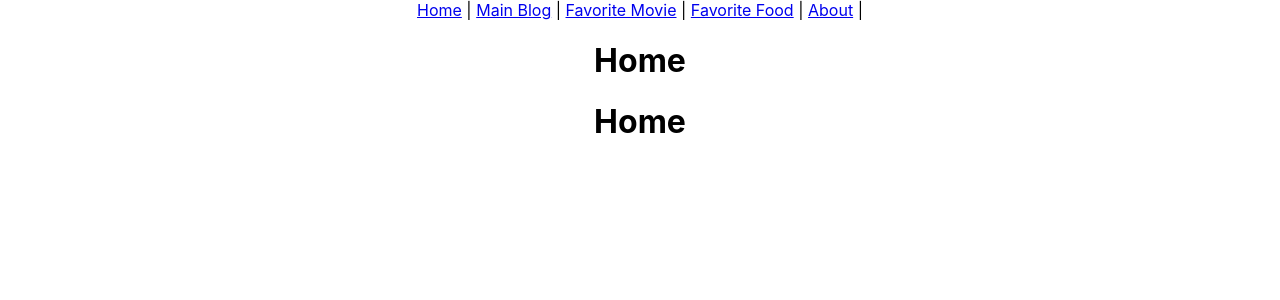
Repository: cerebrium/blogreact
Page: /
The author's editor kept a copy of each file at every save. The page is drawn from the files as they stood at one save, then again after the next save.
The browser window is 1280 px wide. The pictures show the whole page.
The project was rebuilt for these pictures with package versions that can differ from the ones it lists, and the page was loaded fresh each time. Also part of the build but not shown: src/Mainblog.jsx, src/FavoriteMovie.jsx, src/FavoriteFood.jsx, src/About.jsx.

Above is the page before, as saved 2019-10-31 16:28:01.

After the next save:
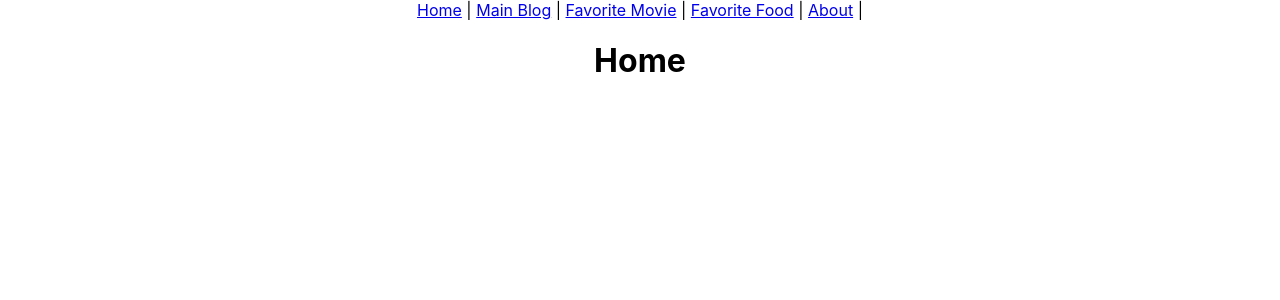
Saved 7 s later.
--- a/src/App.jsx
+++ b/src/App.jsx
@@ -20,7 +20,7 @@ function App() {
         <Route exact path='/mainblog' component={Mainblog}/>
         <Route exact path='/favoritefood' component={FavoriteFood}/>
         <Route exact path='/favoritemovie' component={FavoriteMovie}/>
-        <Route exact path='/' component={Home}/>
+        <Route exact path='/about' component={About}/>
       </div>
     </Router>
   );
